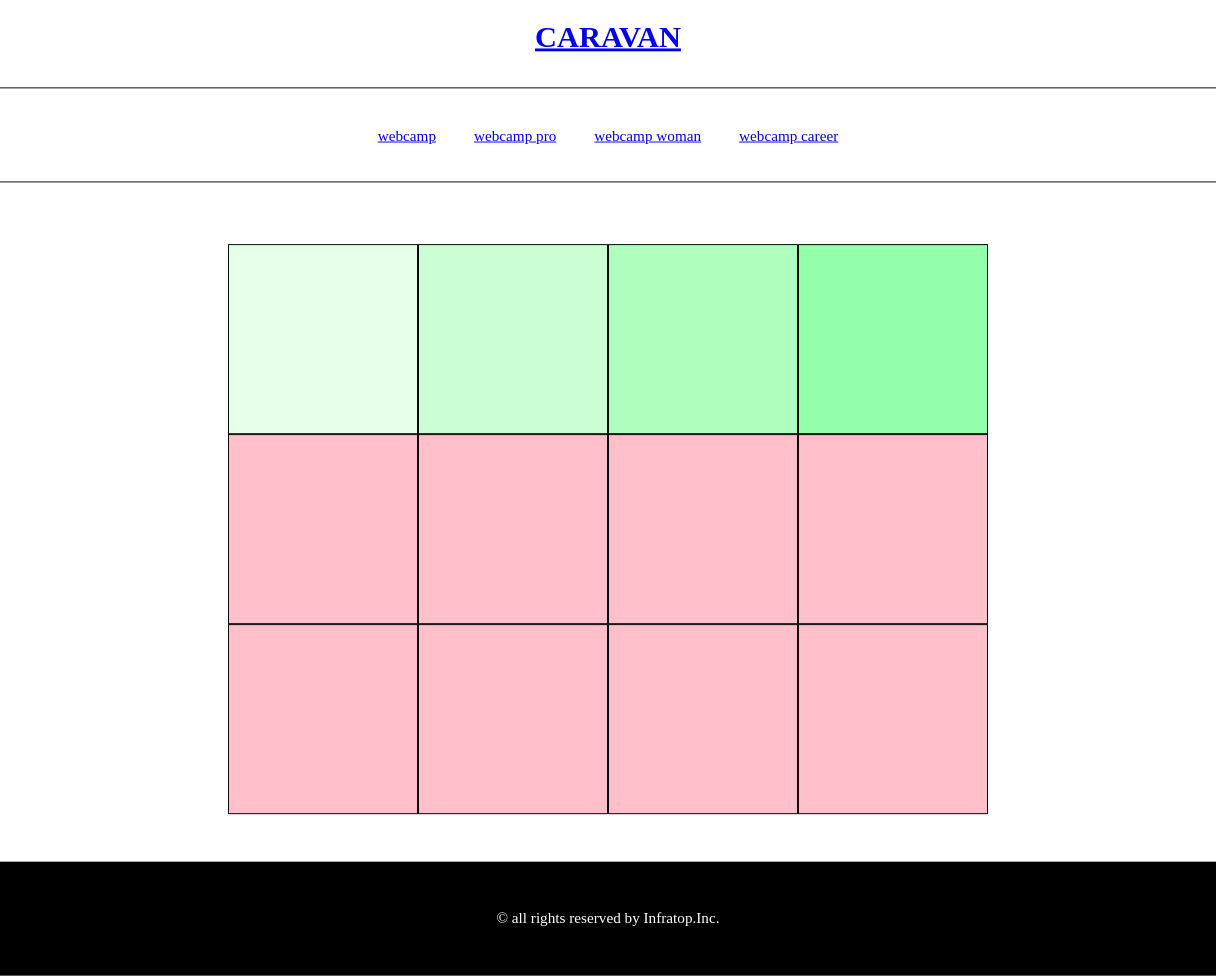
Repository: yukito7878/HTML-CSS-practice
Page: caravan/index5.html
The author's editor kept a record of every edit. The page is drawn from the files as they stood at one moment, then again after the next edit.
The browser window is 1280 px wide. The pictures show the whole page, at 95% of full size.

Above is the page before.

### caravan/index5.html
<html lang="ja">
  <head>
    <meta charset="UTF-8" />
    <!-- CSSファイルの読み込み -->
    <link rel="stylesheet" href="style5.css" />
    <title>CARAVAN</title>
  </head>

  <body>
    <!-- header用のdiv -->
    <div class="header">
      <h1><a href="#">CARAVAN</a></h1>
      <nav>
        <ul>
          <li><a href="#">webcamp</a></li>
          <li><a href="#">webcamp pro</a></li>
          <li><a href="#">webcamp woman</a></li>
          <li><a href="#">webcamp career</a></li>
        </ul>
      </nav>
    </div>

    <!-- main-visual用のdiv -->
    <div class="main-visual"></div>

    <div class="main">
      <div class="row">
        <div class="row0column0"></div>
        <div class="row0column1"></div>
        <div class="row0column2"></div>
        <div class="row0column3"></div>
      </div>
      <div class="row">
        <div class="row1column0"></div>
        <div class="row1column1"></div>
        <div class="row1column2"></div>
        <div class="row1column3"></div>
      </div>
      <div class="row">
        <div class="row2column0"></div>
        <div class="row2column1"></div>
        <div class="row2column2"></div>
        <div class="row2column3"></div>
      </div>
    </div>

    <footer class="footer">
      <a href="https://infratop.jp">© all rights reserved by Infratop.Inc. </a>
    </footer>

  </body>
</html>

### caravan/style5.css

*{
  margin: 0;
  padding: 0;
  box-sizing: border-box;
}

.header{
  display: flex;
  justify-content: center;
  flex-direction: column;
  margin: 0 auto;
}

.header h1{
  font-size: 32px;
  display: flex;
  justify-content: center;
  margin: 20px 0;
}

.header ul{
  display: flex;
  justify-content: center;
  text-align: center;
  margin: 15px 0;
  border-bottom: 1px solid black;
  border-top: 1px solid black;
  height: 100px;
  line-height: 100px
}

.header ul li{
  display: inline-block;
  margin: 0 20px;
  list-style: none;
}

.main{
  width: 800px;
  margin: 50px auto;
}

.row{
  height: 200px;
  width: 800px;
  background-color: pink;
  display: flex;
  justify-content: center;
}

.row div{
  height: 200px;
  width: 200px;
  border: 1px solid black;
}

.row0column0{
  background-color: #e6ffe9;
}
.row0column1{
  background-color: #cbffd3;
}
.row0column2{
  background-color: #aeffbd;
}
.row0column3{
  background-color: #93ffab;
}
.row0column0{
  background-color: #e6ffe9;
}
.row0column0{
  background-color: #e6ffe9;
}
.row0column0{
  background-color: #e6ffe9;
}
.row0column0{
  background-color: #e6ffe9;
}
.row0column0{
  background-color: #e6ffe9;
}
.row0column0{
  background-color: #e6ffe9;
}
.row0column0{
  background-color: #e6ffe9;
}
.row0column0{
  background-color: #e6ffe9;
}
.row0column0{
  background-color: #e6ffe9;
}

.footer{
  display: flex;
  height: 120px;
  line-height: 120px;
  justify-content: center;
  text-align: center;
  background-color: black;
}

.footer a{
  text-decoration: none;
  color: white;
}

After the next edit:
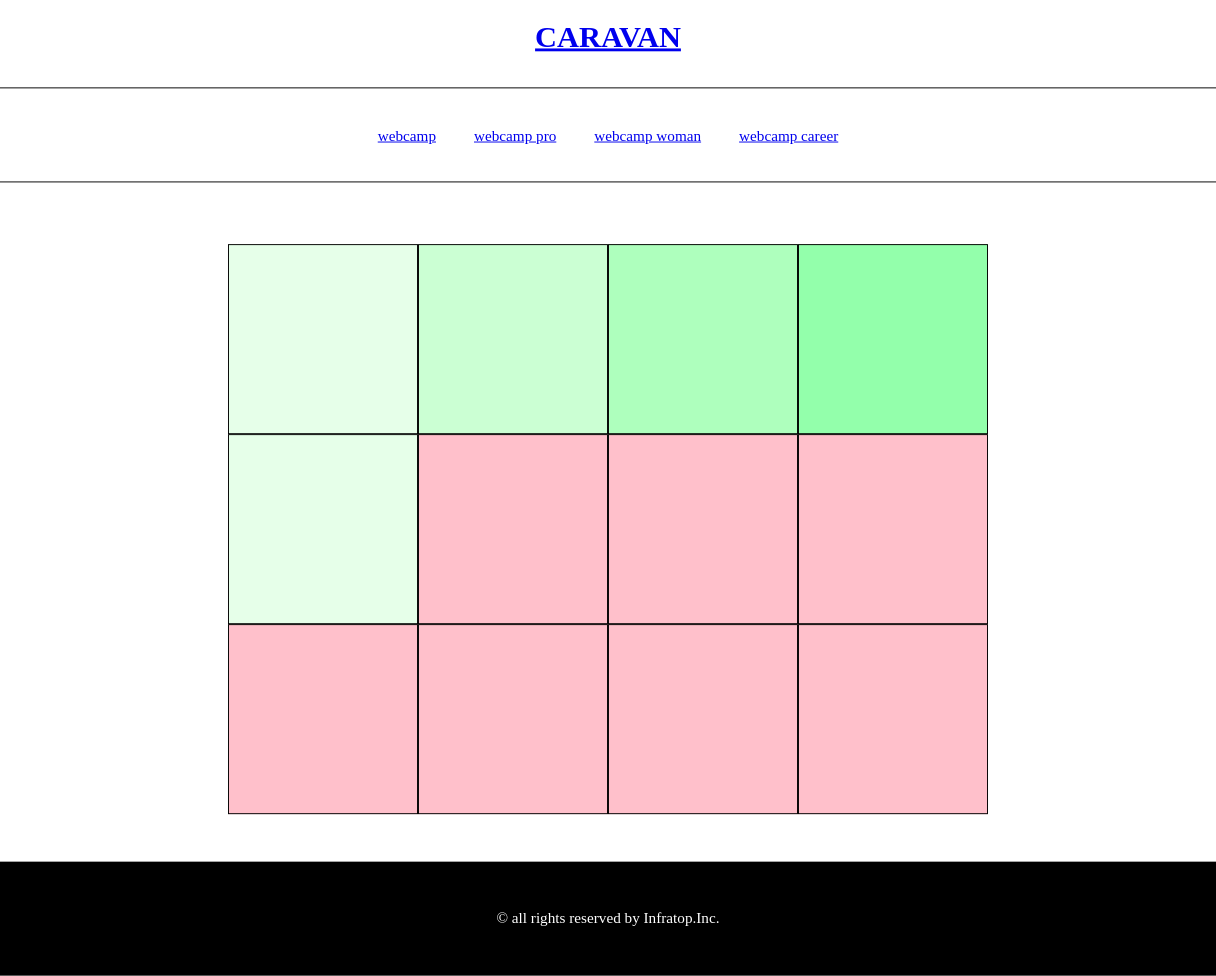
The edit:
--- a/caravan/style5.css
+++ b/caravan/style5.css
@@ -67,7 +67,7 @@
 .row0column3{
   background-color: #93ffab;
 }
-.row0column0{
+.row1column0{
   background-color: #e6ffe9;
 }
 .row0column0{
